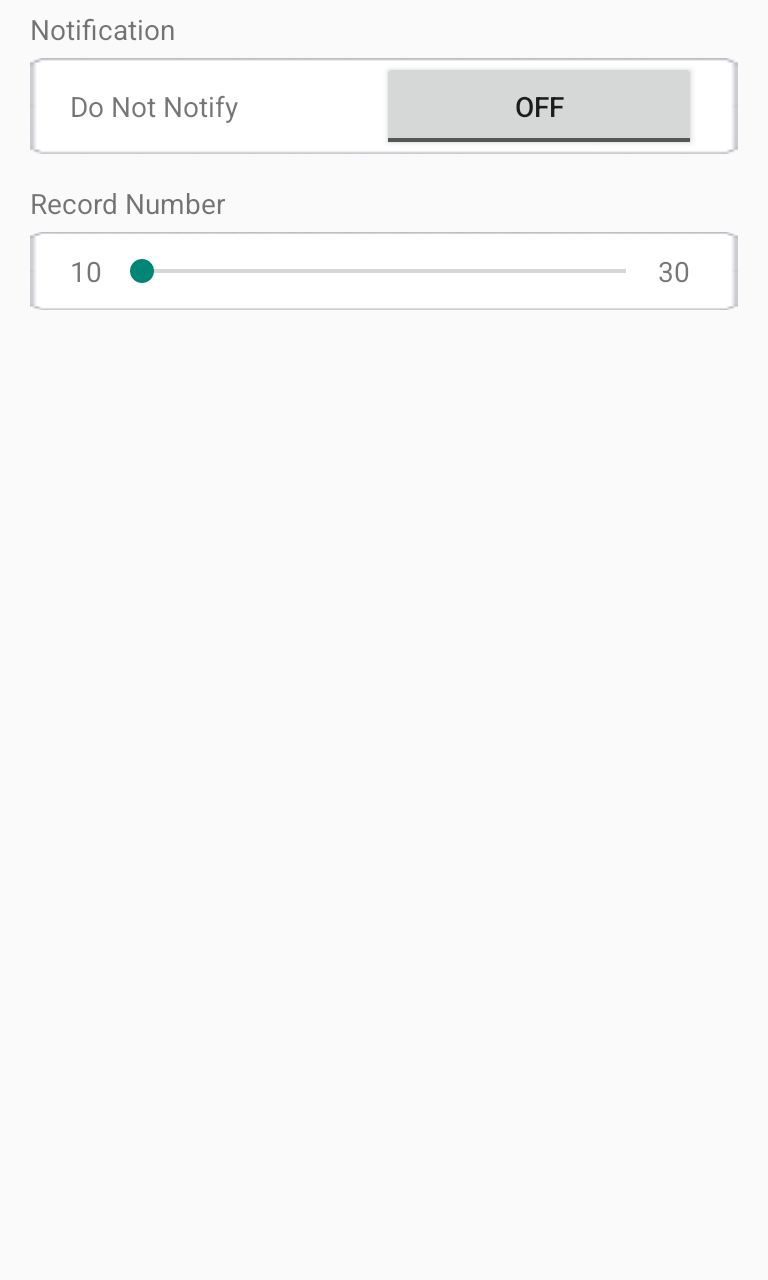
Repository: GitDidNotExitCleanly/AndroidTimer
Layout: G54MDP_Stopwatch/res/layout/fragment_settings.xml
The author's editor kept a copy of each file at every save. The layout is drawn from the files as they stood at one save, then again after the next save.
It is drawn on a 768 x 1280 px phone screen (xhdpi) without system bars, with theme AppTheme; the app's code is not run.

Above is the layout before, as saved 2015-03-07 13:41:59.

After the next save:
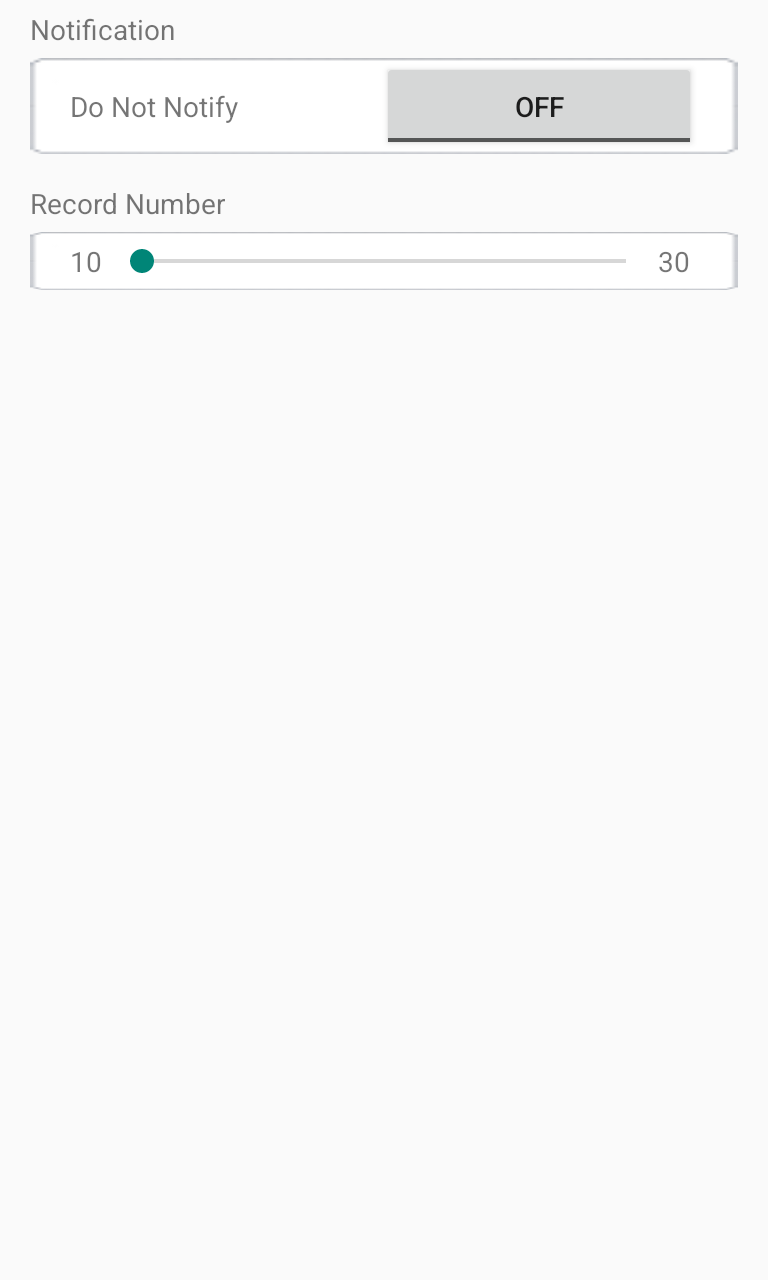
Saved 8 s later.
--- a/G54MDP_Stopwatch/res/layout/fragment_settings.xml
+++ b/G54MDP_Stopwatch/res/layout/fragment_settings.xml
@@ -69,8 +69,8 @@
             android:background="@drawable/settings_border"
             android:gravity="center"
             android:orientation="horizontal"
-            android:paddingTop="10dp"
-            android:paddingBottom="10dp"
+            android:paddingTop="5dp"
+            android:paddingBottom="5dp"
             android:paddingLeft="20dp"
             android:paddingRight="20dp" >
 

After the save that followed:
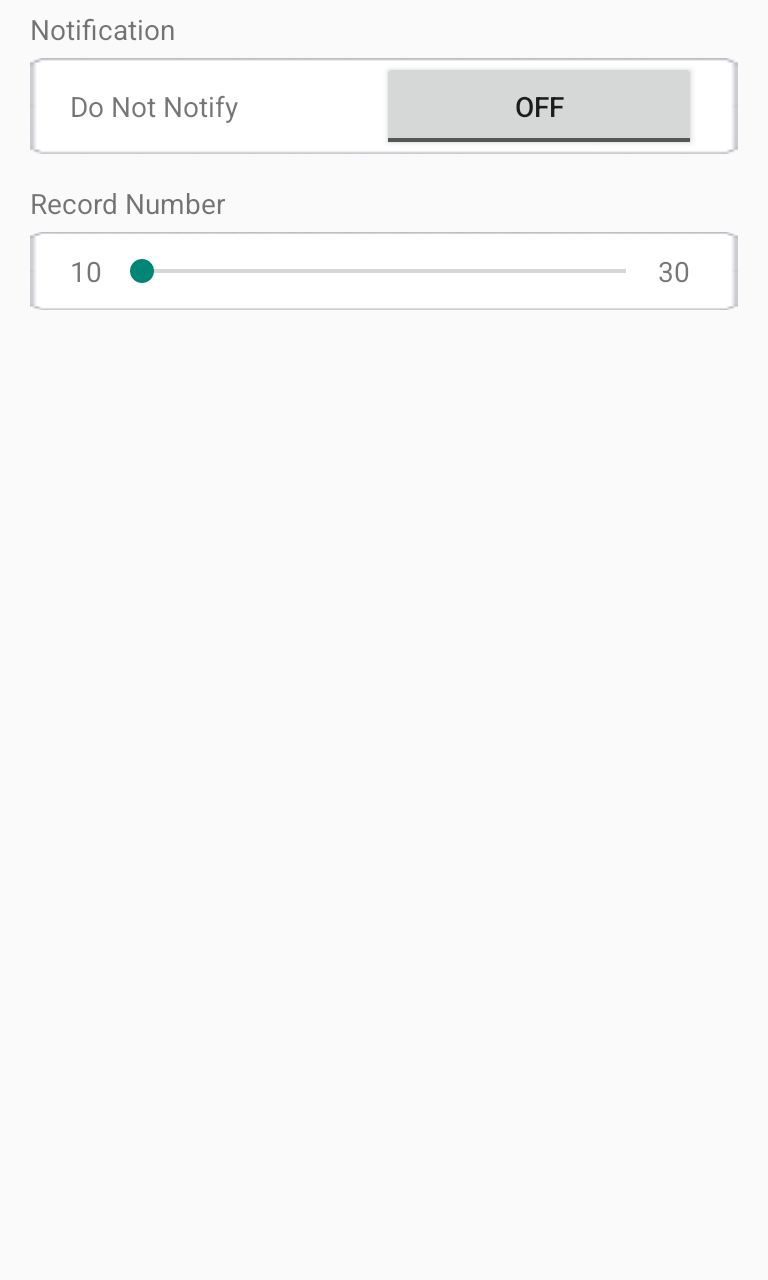
Saved 31 s later.
--- a/G54MDP_Stopwatch/res/layout/fragment_settings.xml
+++ b/G54MDP_Stopwatch/res/layout/fragment_settings.xml
@@ -69,8 +69,8 @@
             android:background="@drawable/settings_border"
             android:gravity="center"
             android:orientation="horizontal"
-            android:paddingTop="5dp"
-            android:paddingBottom="5dp"
+            android:paddingTop="10dp"
+            android:paddingBottom="10dp"
             android:paddingLeft="20dp"
             android:paddingRight="20dp" >
 
